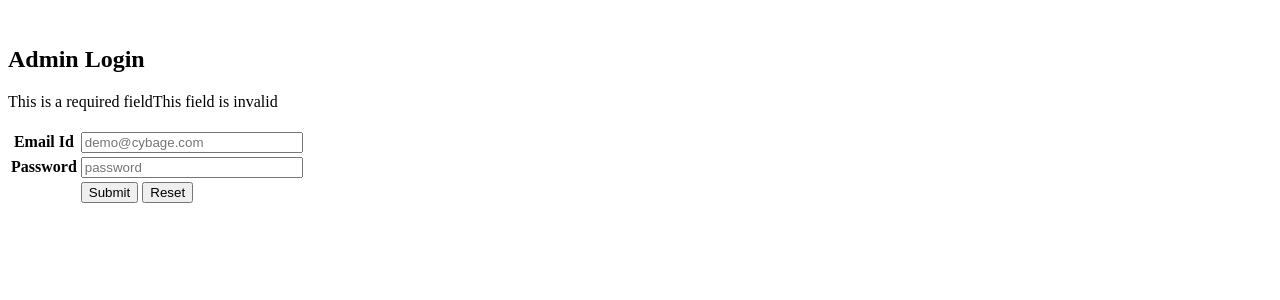
Repository: Dipak27/Dipak-s-front-end
Page: http://localhost/Traning_Management/login.jsp
These files come from the project's save history. The page is drawn as it stood at one moment and after the next save; the edit follows.
The browser window is 1280 px wide. The pictures show the whole page.
The page is served by Tomcat 9. Other server files are loaded and not shown.

Above is the page before, as saved 2016-11-09 10:15:44.

### Training Management Project/Traning_Management/src/main/webapp/login.jsp
<!-- CONTENTS START -->




	<div class="container_24">

		<div class="grid_24">
			<div class="contents">

				<div class="grid_24 omega">
					<div class="padding_20 text-justify">
								<div class="grid_18 omega">
						 &nbsp;&nbsp;<h2>Admin Login</h2>
							<div class="padding_20 text-justify" ng-controller="AdminLoginController as ctrl">
								<form id="frmMain" class="frmMain" action="#" method="post" ng-submit="ctrl.submit()" name="adminForm" novalidate="novalidate">
									<table class="form-table" style="width:auto">
										<tr>
											<th>
												Email Id
											</th>
											<td>
												<input id="email" type="text"  class="validate[required]" name="email" style="width:120%" placeholder="demo@cybage.com" value="" ng-model="ctrl.admin.email"  />
											</td>
											<span ng-show="adminForm.$dirty && adminForm.email.$error.required">This is a required field</span>
              								<span ng-show="adminForm.$dirty && adminForm.email.$invalid">This field is invalid </span><br/><br/>


										</tr>

										<tr>
											<th>
												Password
											</th>
											<td>
												<input id="password" type="password"  class="validate[required]" name="password" style="width:120%" placeholder="password" value="" ng-model="ctrl.admin.password" />
											</td>

										</tr>
										<tr>
											<th>
												&nbsp;
											</th>
											<td>
												<input id="Submit1" type="submit" value="Submit"  />
												<input id="Reset1" type="reset" value="Reset" onclick="this.form.clear();" />
											</td>
										</tr>

									</table>
								</form>
							</div>
						</div>

					</div>
				</div>



				<div class="clear"></div>
				<div class="padding_20 text-justify">

				</div>
			</div>
		</div>
	</div>
	<!-- CONTENTS END -->

After the next save:
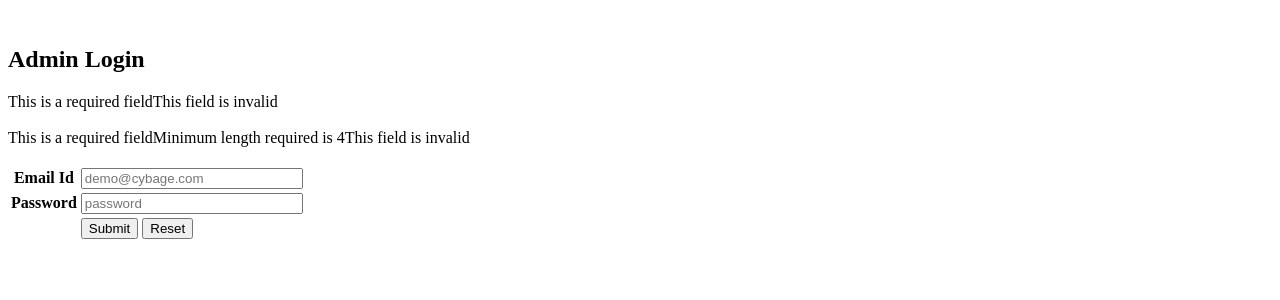
Saved 112 s later.
--- a/Training Management Project/Traning_Management/src/main/webapp/login.jsp
+++ b/Training Management Project/Traning_Management/src/main/webapp/login.jsp
@@ -35,6 +35,10 @@
 											<td>
 												<input id="password" type="password"  class="validate[required]" name="password" style="width:120%" placeholder="password" value="" ng-model="ctrl.admin.password" />
 											</td>
+											<span ng-show="adminForm. && myForm.password.$error.required">This is a required field</span>
+              <span ng-show="adminForm.$dirty && adminForm.password.$error.minlength">Minimum length required is 4</span>
+              <span ng-show="adminForm.$dirty && adminForm.password.$invalid">This field is invalid </span><br/><br/>
+
 
 										</tr>
 										<tr>
